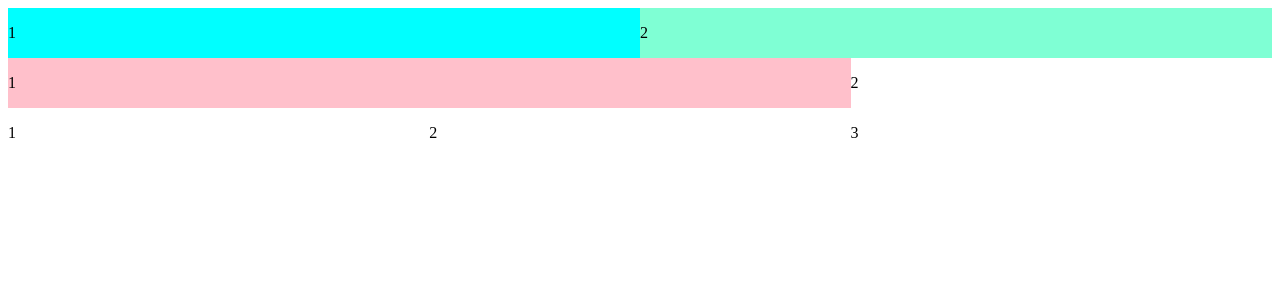
Repository: motiejus1/06-paskaita-invest
Page: dubudai.html
An editor plug-in stored every save of this project. The page is shown before and after the next save, followed by the edit.
The browser window is 1280 px wide. The pictures show the whole page.

Above is the page before, as saved 2021-06-09 20:24:58.

After the next save:
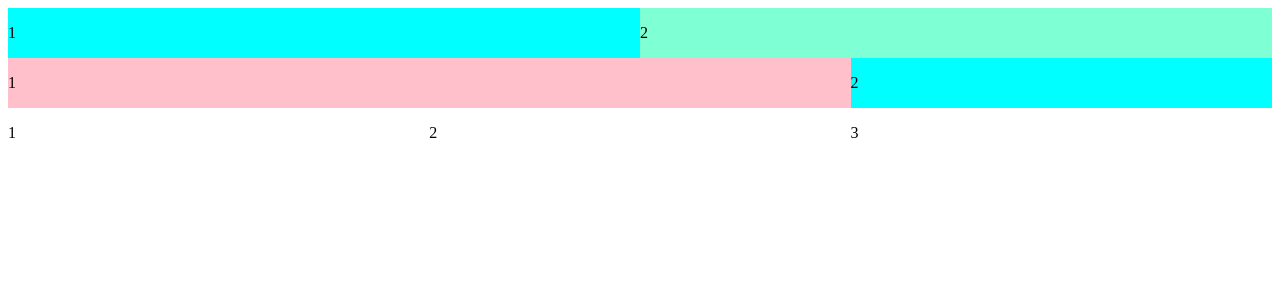
Saved 4 s later.
--- a/dubudai.html
+++ b/dubudai.html
@@ -89,7 +89,7 @@
             <div class="col-8 rozine">
                 <p>1</p>
             </div>
-            <div class="col-4">
+            <div class="col-4 zydra">
                 <p>2</p>
             </div>
         </div>
